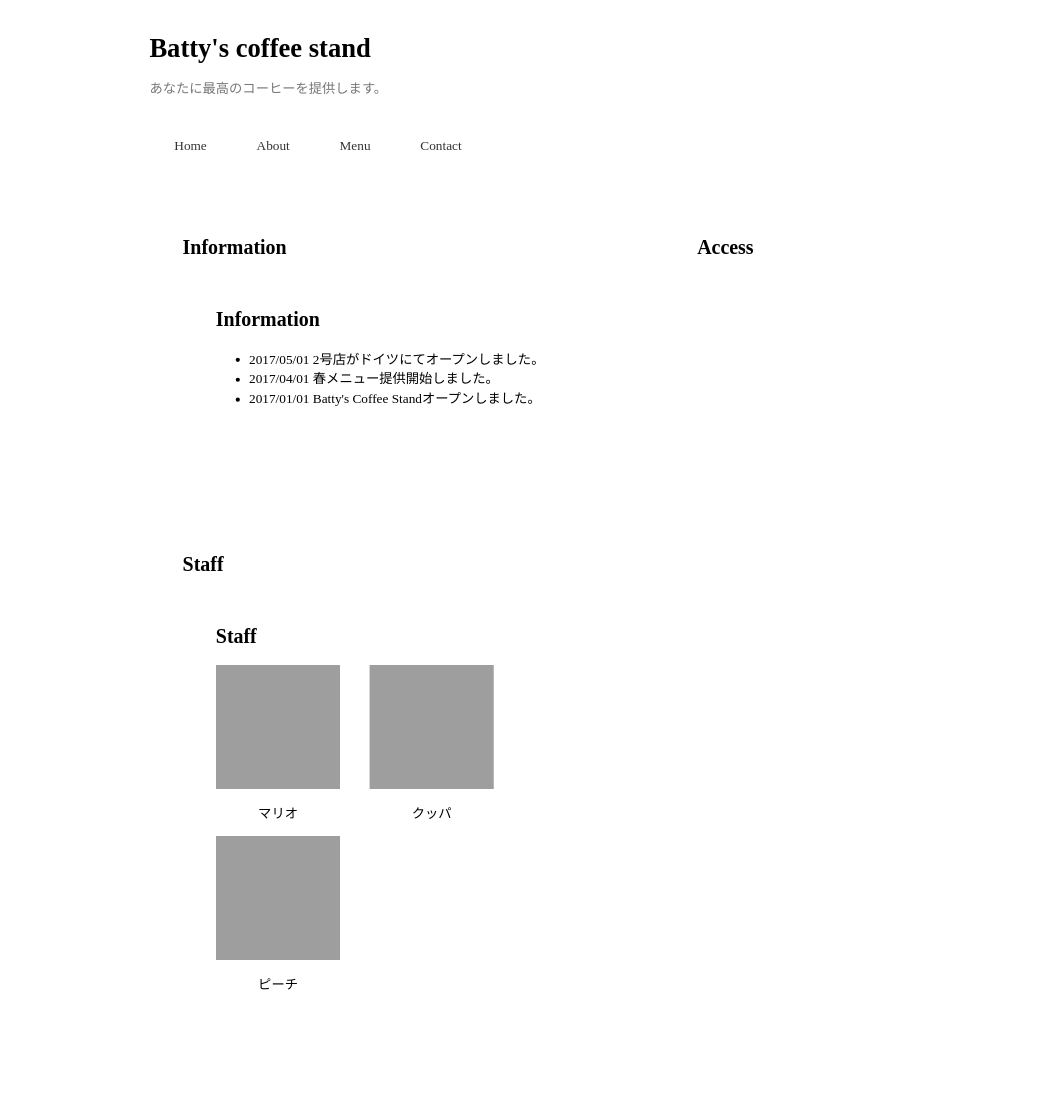
Repository: yuukisugi/sample2
Page: html/batty_coffee_stand/index.html
The author's editor kept a record of every edit. The page is drawn from the files as they stood at one moment, then again after the next edit.
The browser window is 1280 px wide. The pictures show the whole page, at 83% of full size.
Pictures or frames that could not be fetched are drawn as grey boxes.

Above is the page before.
Not found: html/batty_coffee_stand/css/normalize.css

After the next edit:
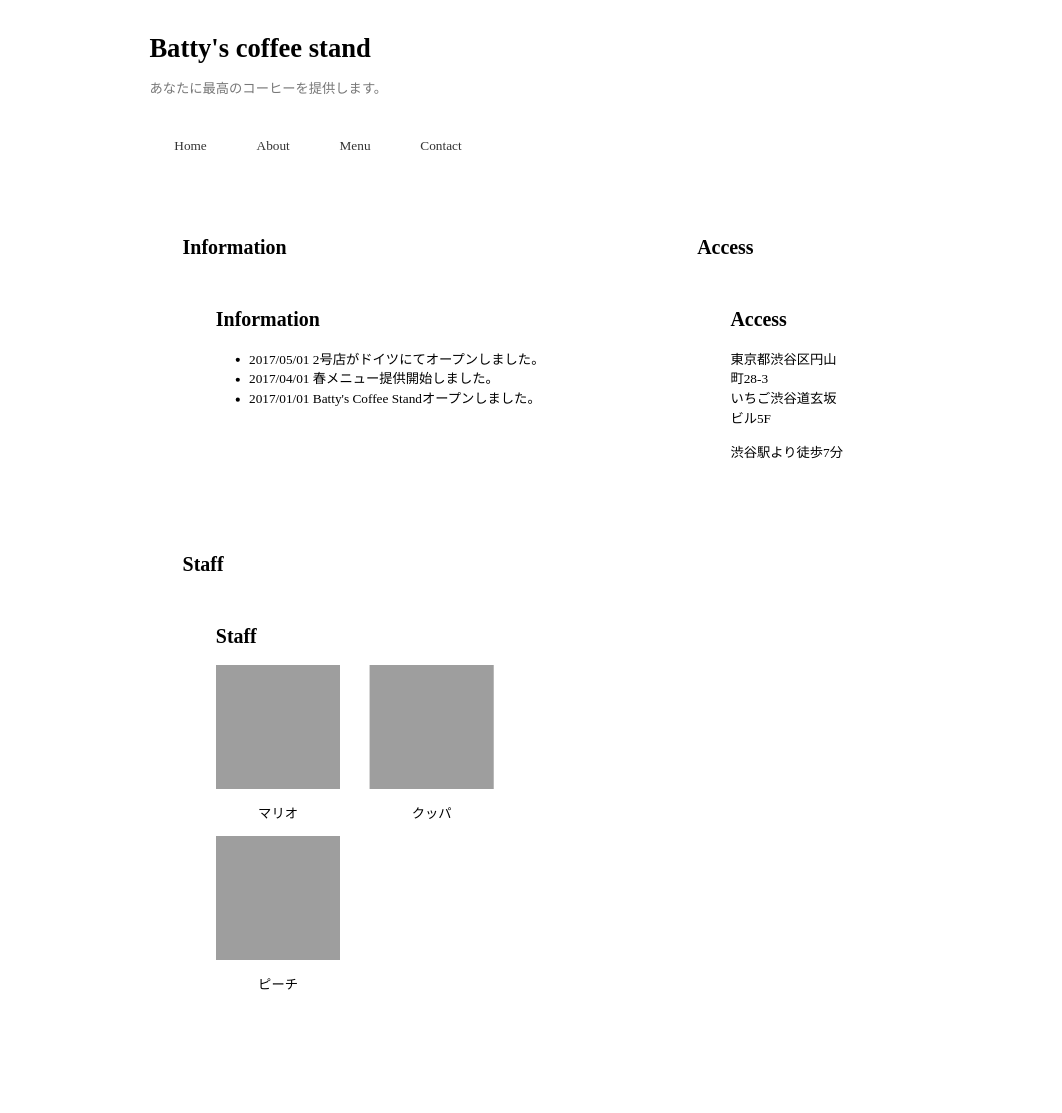
The edit:
--- a/html/batty_coffee_stand/index.html
+++ b/html/batty_coffee_stand/index.html
@@ -60,6 +60,11 @@
     <div class="right-contents">
       <div class="card-contents">
         <h2 class="text-title">Access</h2>
+        <div class="card-contents">
+  <h2 class="text-title">Access</h2>
+  <p>東京都渋谷区円山町28-3<br>いちご渋谷道玄坂ビル5F</p>
+  <p>渋谷駅より徒歩7分</p>
+</div>
       </div>
     </div>
   </div>
